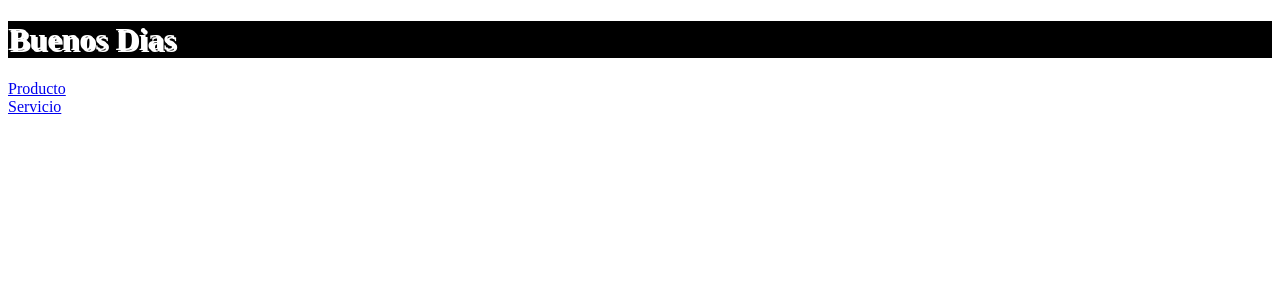
Repository: Alemartinez97/New-Repository
Page: programacion-3/tp3/index.html
These files come from the project's save history. The page is drawn as it stood at one moment and after the next save; the edit follows.
The browser window is 1280 px wide. The pictures show the whole page.

Above is the page before, as saved 2020-06-04 18:03:05.

### programacion-3/tp3/index.html
<!DOCTYPE html>
<html lang="en">
<head>
    <meta charset="UTF-8">
    <meta name="viewport" content="width=device-width, initial-scale=1.0">
    <title>Bienvenido</title>
    <style media="screen">
        .h1 {
          background-color: black;
          color: white;
          text-shadow: 2px 2px;
        }
      </style>
</head>
<body>
    <h1 class="h1">Buenos Dias</h1>
    <a href="producto.html">Producto</a>
    <br/>
    <a href="servicio.html">Servicio</a>
</body>
</html>

After the next save:
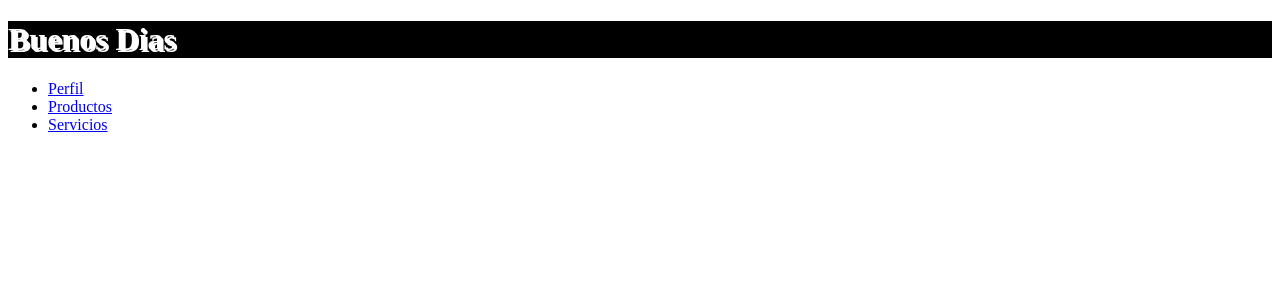
Saved 4 min 3 s later.
--- a/programacion-3/tp3/index.html
+++ b/programacion-3/tp3/index.html
@@ -13,9 +13,11 @@
       </style>
 </head>
 <body>
-    <h1 class="h1">Buenos Dias</h1>
-    <a href="producto.html">Producto</a>
-    <br/>
-    <a href="servicio.html">Servicio</a>
+  <h1 class="h1">Buenos Dias</h1>
+  <ul id=”button”>
+    <li><a href=”perfil.html”>Perfil</a></li>
+    <li><a href=”producto.html”>Productos</a></li>
+    <li><a href=”servicio.html”>Servicios</a></li>
+    </ul>
 </body>
 </html>
